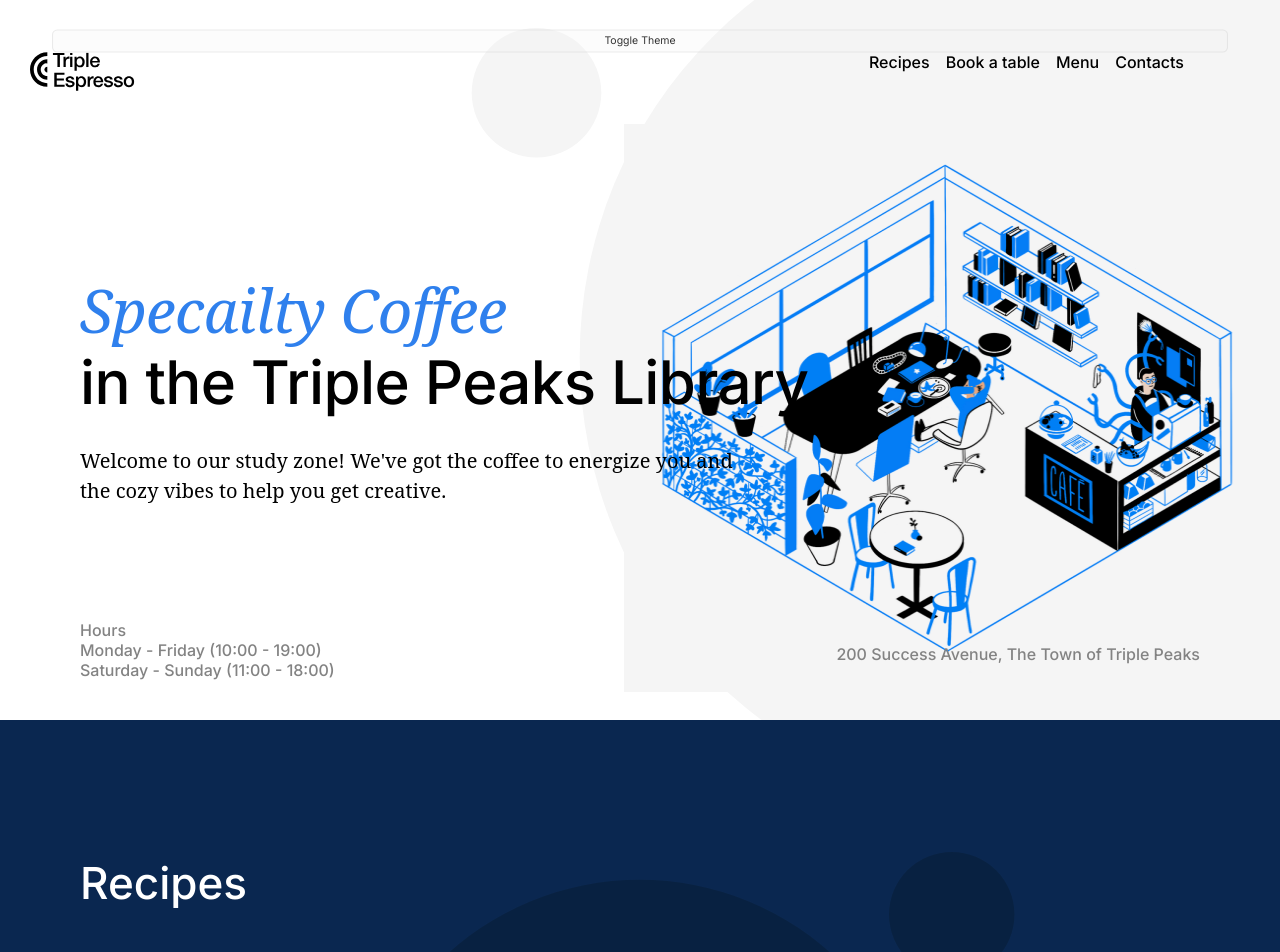
Repository: al-XLeMEsTRE/Coffee_Shop
Page: index.html
An editor plug-in stored every save of this project. The page is shown before and after the next save, followed by the edit.
The browser window is 1280 px wide. The pictures show the part of the page from y = 0 to 952 px (the page is 4383 px tall).

Above is the page before, as saved 2023-12-13 21:45:16.

### index.html
<!DOCTYPE html>
<html lang="en">
  <head>
    <meta charset="UTF-8" />
    <meta name="viewport" content="width=device-width, initial-scale=1" />
    <meta name="author" content="Gregory Alexandre" />
    <meta name="description" content="Coffee Shop" />
    <meta
      name="keywords"
      content="coffee, espresso, latte, cappuccino, beans, arabica, robusta, brew, cafe, barista, organic coffee, freshly brewed, coffeehouse, mocha, iced coffee, frappe, filter coffee, specialty coffee, local cafe"
    />
    <title>Coffee Shop</title>
    <link rel="shortcut icon" href="./favicon.ico" />
    <link rel="stylesheet" type="text/css" href="./pages/index.css" />
    <link rel="preconnect" href="https://fonts.googleapis.com" />
    <link rel="preconnect" href="https://fonts.gstatic.com" crossorigin />
    <link
      href="https://fonts.googleapis.com/css2?family=Inter:wght@400;500;700&family=Noto+Serif:ital,wght@0,400;1,400&display=swap"
      rel="stylesheet"
    />
  </head>
  <!-- Body -->
  <body>
    <div class="page">
      <!-- Header -->
      <header class="header">
        <button class="switch" id="theme-toggle" class="theme-toggle-button">
          Toggle Theme
        </button>

        <!-- Nav -->
        <nav class="nav">
          <img
            class="nav__logo"
            src="./images/logo_coffeeshop_dark.svg"
            alt="Coffee Shop logo"
          />
          <ul class="nav__links">
            <li><a class="nav__link" href="#recipes">Recipes</a></li>
            <li><a class="nav__link" href="#reservation">Book a table</a></li>
            <li><a class="nav__link" href="#menu">Menu</a></li>
            <li><a class="nav__link" href="#contacts">Contacts</a></li>
          </ul>
        </nav>
        <h1 class="header__title">
          <span class="header__span-accent"> Specailty Coffee </span> in the
          Triple Peaks Library
        </h1>
        <p class="header__description">
          Welcome to our study zone! We've got the coffee to energize you and
          the cozy vibes to help you get creative.
        </p>
        <img
          src="./images/inside_coffee_shop.png"
          alt="Illustration 'Inside coffe shop'"
          class="header__image"
        />
        <div class="header__footer">
          <div>
            <p class="header__heading">Hours</p>
            <ul class="header__link">
              <li class="header__paragraph">Monday - Friday (10:00 - 19:00)</li>
              <li class="header__paragraph">
                Saturday - Sunday (11:00 - 18:00)
              </li>
            </ul>
          </div>
          <div>
            <p class="header__paragraph">
              200 Success Avenue, The Town of Triple Peaks
            </p>
          </div>
        </div>
      </header>

      <!-- Main Section-->
      <main class="content">
        <!-- Recipes-->
        <section class="recipes" id="recipes">
          <h2 class="recipes__title">Recipes</h2>
          <p class="recipes__subtitle">
            Check out some recipes we've collected for <br />your home-brewing
            convenience:
          </p>
          <ul
            class="recipes__videos"
            style="padding-left: 0; margin-top: 0; margin-bottom: 0"
          >
            <li>
              <iframe
                class="recipes__iframe"
                src="https://www.youtube.com/embed/j6VlT_jUVPc"
                title="The Ultimate AeroPress Technique (Episode #3)"
                allow="accelerometer; autoplay; clipboard-write; encrypted-media; gyroscope; picture-in-picture; web-share"
                allowfullscreen
              ></iframe>
              <p class="recipes__video-caption">
                <span>Areopress recipe</span> ~5 min
              </p>
            </li>
            <li>
              <iframe
                class="recipes__iframe"
                src="https://www.youtube.com/embed/st571DYYTR8"
                title="The Ultimate French Press Technique"
                allow="accelerometer; autoplay; clipboard-write; encrypted-media; gyroscope; picture-in-picture; web-share"
                allowfullscreen
              ></iframe>
              <p class="recipes__video-caption">
                <span>French press recipe</span> ~15 min
              </p>
            </li>
          </ul>
        </section>
        <!--Reservation-->
        <section class="reservation" id="reservation">
          <h2 class="reservation__title">Book a table</h2>
          <form class="form reservation__form" action="#" method="POST">
            <label class="form__label" for="name"
              >Name *
              <input
                class="form__input"
                type="text"
                id="name"
                placeholder="Name Surname"
              />
            </label>
            <label class="form__label" for="guests"
              >Number of guests*
              <input
                class="form__input"
                type="number"
                id="guests"
                placeholder="1-8"
                min="1"
                max="8"
              />
            </label>
            <label class="form__label" for="date-time"
              >Date & time *
              <input class="form__input" type="date" id="date-time" />
            </label>
            <label class="form__label" for="email"
              >Your email *
              <input
                class="form__input"
                type="email"
                id="email"
                placeholder="email@email.com"
              />
            </label>
            <button class="form__button" type="submit">Book a table</button>
            <fieldset class="form__fieldset">
              <label class="form__label form__label_type_checkbox">
                <input class="form__checkbox" type="checkbox" id="terms" />
                I agree with the terms of use
              </label>
            </fieldset>
          </form>
        </section>

        <!--    Menu Section-->
        <section class="menu" id="menu">
          <h2 class="menu__title">Menu</h2>
          <p class="menu__subtitle">
            We bre coffee from rostead loccally and , Fairtrade certified beans
            and use biogradedable cups. All team from our collection are $2/cup
          </p>

          <ul class="menu__cards">
            <li class="card">
              <h3 class="card__title">Filter</h3>
              <ul class="card__list">
                <li class="card__list-item">
                  Regular (12oz)<span class="card__list-divider"></span>$1
                </li>
                <li class="card__list-item">
                  Large (16 oz)<span class="card__list-divider"></span>$1.25
                </li>
                <li class="card__list-item">
                  RXL (20 0z)<span class="card__list-divider"></span>$1.75
                </li>
                <li class="card__list-item">
                  Party-aize (24 oz, decaf)<span
                    class="card__list-divider"
                  ></span
                  >$1.75
                </li>
                <li class="card__list-item">
                  Iced Coffee (16 oz)<span class="card__list-divider"></span
                  >$1.25
                </li>
              </ul>
            </li>

            <li class="card">
              <h3 class="card__title">Expresso</h3>
              <ul class="card__list">
                <li class="card__list-item">
                  Macchiato<span class="card__list-divider"></span>$2.25
                </li>
                <li class="card__list-item">
                  Cortado<span class="card__list-divider"></span>$2.5
                </li>
                <li class="card__list-item">
                  Mocha<span class="card__list-divider"></span>$3
                </li>
                <li class="card__list-item">
                  Sunrise in the Bay Area (decaf)<span
                    class="card__list-divider"
                  ></span
                  >$10
                </li>
              </ul>
            </li>

            <li class="card">
              <h3 class="card__title">Backed Goods</h3>
              <ul class="card__list">
                <li class="card__list-item">
                  Almond Croissant<span class="card__list-divider"></span>$2
                </li>
                <li class="card__list-item">
                  Banana Bread<span class="card__list-divider"></span>$1.75
                </li>
                <li class="card__list-item">
                  Key Lime Pie<span class="card__list-divider"></span>$3
                </li>
                <li class="card__list-item">
                  Blue Velvet Cake<span class="card__list-divider"></span>$3.75
                </li>
                <li class="card__list-item">
                  Web Cookie<span class="card__list-divider"></span>$2
                </li>
                <li class="card__list-item">
                  Fresh Baguette<span class="card__list-divider"></span>$0.25
                </li>
              </ul>
            </li>
          </ul>
        </section>

        <!-- About Section -->
        <section class="about" id="about">
          <h2 class="about__title">About the coffee shop</h2>
          <div class="about__content">
            <p class="about__paragraph">
              Our coffee shop is located in the Triple Ten Library. It features
              6 tables and free Wifi.
            </p>
            <p class="about__paragraph">
              Our main mission is keeping guests cozy and energized.
            </p>
            <p class="about__paragraph">
              Besides that, we try to reduce our envionemental impact - so we
              don't sell single-use cups. But can buy one of our reusable cups!
            </p>
          </div>
          <div class="about__circle"></div>
          <div class="about__circle about__circle_animation_blurred"></div>
        </section>
      </main>

      <!-- Footer Section-->
      <footer class="footer" id="contacts">
        <div class="footer__contents">
          <img
            class="footer__logo"
            src="./images/logo_coffeeshop_light.svg"
            alt="footer logo"
          />

          <div class="footer__content-social">
            <h3 class="footer__content-heading">Social media</h3>

            <ul class="footer__list">
              <li class="footer__list-item">
                <a class="footer__content-link" href="#">
                  <img
                    class="footer__social-icon"
                    src="./images/facebook_white.svg"
                    alt="Facebook"
                  />Facebook</a
                >
              </li>

              <li class="footer__list-item">
                <a class="footer__content-link" href="#">
                  <img
                    class="footer__social-icon"
                    src="./images/instagram_white.svg"
                    alt="Instagram"
                  />
                  Instagram
                </a>
              </li>
            </ul>
          </div>
        </div>
        <p class="footer__copyright">© 2023 Gregory Alexandre</p>
      </footer>
    </div>
  </body>
</html>

### pages/index.css
/*  Style - @import */
@import url(../vendor/normalize.css);
@import url(../blocks/page.css);
@import url(../blocks/nav.css);
@import url(../blocks/header.css);
@import url(../blocks/recipes.css);
@import url(../blocks/reservation.css);
@import url(../blocks/form.css);
@import url(../blocks/menu.css);
@import url(../blocks/card.css);
@import url(../blocks/about.css);
@import url(../blocks/footer.css);

/* Light theme styles */
.light-theme {
    background-color: #fff;
    color: #000;
  }

  /* Dark theme styles */
  .dark-theme {
    background-color: #000;
    color: #fff;
  }

  @keyframes pulse {
    0% {
      transform: scale(1);
    }
    50% {
      transform: scale(1.05);
    }
    100% {
      transform: scale(1);
    }
  }

  #theme-toggle {
    padding: 5px 10px;
    font-size: 12px;
    border: 1px solid #cccccc5d;
    border-radius: 5px;
    cursor: pointer;
    background-color: #f0f0f03f;
    color: #333;
    animation: pulse 2s infinite;
    top: 50%; /* Center vertically */
    left: 50%; /* Center horizontally */
    transform: translate(-50%, -50%); /* Adjust the positioning to the exact center */

    /* Adjust the size of the button */
    padding: 4px 8px; /* Smaller padding */
    font-size: 10px; /* Smaller font size */
  }

  #theme-toggle:hover {
    background-color: #e0e0e0;
  }


  /* Add these styles to your existing CSS, adjusting the size as necessary */

### blocks/page.css
/* Page */

.page{
    max-width: 1600px;
    min-width: 1100px;
    font-size: 16px;
    line-height: 20px;
    font-family: "Inter", Arial, sans-serif;
    font-style: italic;
    margin: 0 auto;
    }

### blocks/nav.css

/* Nav */
.nav {
    display: flex;
    justify-content: space-between;
}

.nav__logo {
    position: relative;
   left: -50px;
    height: 39px;
    width: 105px;
}
.nav__links {
    display: flex;
    justify-content: space-between;
    list-style: none;
    margin: 0;
    padding: 0;
}

.nav__link {
    margin-right: 1rem;
}

.nav__link {
    font-size: 16px;
    font-family: "Inter";
    font-style: normal;
    line-height: 20px;
    text-decoration: none;
    font-weight: 500;
    color: #000000;
    transition: color 0.2s ease-in-out;
}

.nav__links a:hover {
    color: #2f80ed;
}

### blocks/header.css
/* Header*/

.header {
    z-index: 3;
    background-image: url(../images/background_header.svg);
    background-position: center;
   background-size: cover;
    position: relative;
    height: 100vh;
    display: flex;
    flex-direction: column;
    min-height: 720px;
    max-height: 800px;
    padding: 30px 80px 40px;
    box-sizing: border-box;
  }

.header__title {
    font-family: "Inter";
    font-style: normal;
    font-weight: 500;
    font-size: 60px;
    line-height: 72px;
    max-width: 729px;
    margin-top: 183px;
    letter-spacing: -0.6px;
    margin-bottom: 0px;
}
.header__span-accent {
    display: block;
    font-family: "Noto Serif";
    font-style: italic;
    font-weight: normal;
    font-size: 60px;
    line-height: 72px;
    color: #2f80ed;

}

.header__description {
    font-family: "Noto Serif";
    font-style: normal;
    font-weight: normal;
    max-width: 683px;
    font-size: 20px;
    line-height: 30px;
    margin-top: 28px;
    margin-bottom: 0%;
}

.header__image {
    z-index: -2;
    position: absolute;
    max-width: 636px;
    right: 20px;
    top: 124px;
    width: 646px;
    height: 568px;

}

.header__footer {
    display: flex;
    align-items: flex-end;
    justify-content: space-between;
    margin-top: auto;
    font-family: "Inter";
    font-style: normal;
    font-weight: 500;
    font-size: 16px;
    line-height: 20px;
    color: #838383
}


.header__paragraph{
    list-style: none;

}

.header__heading{
    margin-bottom: 0%;
}

.header__link{
    padding-left: 0px;
    margin-bottom: 0%;
    margin-top: 0%;
}

### blocks/recipes.css
/* Recipes */

.recipes {
  background-size: cover;
  background-image: url(../images/background_recipes.svg);
  background-position: center;
  font-style: normal;
  color: white;
  padding: 100px 80px 215px;
  box-sizing: border-box;
  background-color: #0a2750;
  display: flex;
  flex-direction: column;
}

.recipes__title {
  font-family: "Inter";
  font-style: normal;
  font-size: 44px;
  line-height: 52px;
  font-weight: 500;
  font-family: "Inter";
  font-style: normal;
  max-width: 580px;
}
.recipes__subtitle {
  font-family: "Noto Serif";
  margin-top: 24px;
  max-width: 438px;
  margin-bottom: 80px;
  font-size: 20px;
  line-height: 30px;
}
.recipes__videos {
  margin-top: 80px;
  display: flex;
  justify-content: center;
  gap: 40px;
  margin-top: 0;
  margin-bottom: 0;
  list-style-type: none;
}
.recipes__iframe {
  border: none;
  width: 480px;
  height: 273px;
}
.recipes__video-caption {
  display: flex;
  justify-content: space-between;
  font-family: "Inter";
  font-style: normal;
  font-weight: 500;
  font-size: 20px;
  line-height: 30px;
}

### blocks/reservation.css
/* Reservation Section */

.reservation {
    background-size: cover;
    background-position: center;
    background-color: #D9E7FF;
    background-image: url(../images/background_reservation.svg);
}

.reservation__title {
font-family: Inter;
font-style: normal;
font-weight: 500;
font-size: 44px;
line-height: 52px;
text-align: center;
margin-bottom: 80px;
padding-top: 100px;
margin-top: 0px;
}

### blocks/form.css
/* Form */

.form {
    max-width: 385px;
    margin: 0 auto;
    padding-bottom: 120px;
}

.form__label {
    display: block;
    margin-bottom: 20px;
    font-family: Inter;
    font-style: normal;
    font-weight: 500;
    font-size: 16px;
    line-height: 20px;

}

.form__input {
    box-sizing: border-box;
    width: 100%;
    padding: 10px;
    border: 1px solid #838383;
    border-radius: 4px;
    font-family: 'Inter', sans-serif;
    font-size: 20px;
    line-height: 30px;
    color: #838383;
}

.form__input[type="number"],
.form__input[type="date"],
.form__input[type="email"] {
    /* Inputs retain the same styles */
}

.form__button {
    display: block;
    width: 100%;
    height: 60px;
    padding: 10px;
    background-color: #2f80ed;
    color: #fff;
    border: none;
    border-radius: 5px;
    cursor: pointer;
    margin-top: 32px; /* Added margin to separate from previous elements */
}

.form__button:hover {
    background-color: #0077b3;
}

/* Checkbox Group */

.form__fieldset {
    margin-top: 32px;
    border: none; /* Removes the default border of fieldset */
    padding: 0; /* Removes default padding */
}

.form__label_type_checkbox {
    display: flex;
    justify-content: center;
    font-family: Inter;
    font-style: normal;
    font-weight: 500;
    font-size: 16px;
    line-height: 20px;

}

.form__checkbox {
    margin-right: 12px; /* Space between checkbox and label text */
    width: 20px;
    height: 20px;
}

### blocks/menu.css

/* Menu */

.menu{
background-image: url(../images/background_menu.svg);
background-position: center;
 padding: 100px 0 100px;
}

.menu__title{
text-align: center;
margin:0 0 24px;
max-width: 780px;
font-style: normal;
font-weight: 500;
font-size: 44px;
line-height: 52px
}
.menu__subtitle{
text-align: center;
margin:0 0 100px;
max-width: 780px;
font-family: "Noto Serif";
font-style: normal;
font-weight: normal;
font-size: 20px;
line-height: 30px;

}

.menu__title, .menu__subtitle {
    margin-left: auto;
    margin-right: auto;
    font-family: "Inter";
}


.menu__cards{
list-style-type: none;
display: flex;
flex-wrap: wrap;
justify-content: center;
gap: 100px;
margin: 0%;
padding: 0%;
}

### blocks/card.css
.card{
    width: 540px;
    }

    .card__list{
        margin: 0%;
        padding: 0%;
        list-style-type: none;
        display: flex;
        flex-direction: column;
        gap: 16px;
    }

    .card__title {
    margin: 0 0 32px;
    font-family: "Inter";
    font-style: normal;
    font-weight: bold;
    font-size: 20px;
    line-height: 30px;
    }

    .card__list-item{
        display: flex;
        font-family: "Noto Serif";
    font-style: normal;
    font-weight: normal;
    font-size: 16px;
    line-height: 20px;


    }

    .card__list-divider{
    border-bottom: 1px solid black;
    flex-grow: 1;
    }

### blocks/about.css
/* Keyframes for the pulsate animation */
@keyframes pulsate {
  0% {
    opacity: 0;  /* Start of the animation, circle is invisible */
  }
  50% {
    opacity: 0.6; /* Middle stage, opacity is 0.6 */
  }
  100% {
    opacity: 0;  /* End of the animation, circle is invisible */
    transform: scale(1.5); /* Scale the circle, adjust value as needed */
  }
}


.about {
    padding: 100px 80px 173px;
    background-color:#0A2850;
    color: #fff;
    overflow: hidden;
    position: relative;
    box-sizing: border-box;
    display: flex;
    justify-content: space-between;
  }

  .about__title {
    font-family: "Inter", Arial, sans-serif;
    font-style: normal;
    font-weight: 500;
    font-size: 44px;
    line-height: 52px;
    margin: 0;
    max-width: 251px;
    z-index: 2;
  }

  .about__content {
    margin-top: 19px;
    font-size: 20px;
    line-height: 30px;
    font-weight: 400;
    max-width: 660px;
    z-index: 2;
  }

  .about__circle {
    position: absolute;
    left: -129px;
    top: -151px;
    background-color: #2f80ed;
    width: 426px;
    height: 426px;
    border-radius: 50%;
    z-index: 1;
  }


/* Modifier for the animated circle */
.about__circle_animation_blurred {
  animation: pulsate 1.3s ease-in-out infinite; /* Apply the animation */
}

  .about__paragraph {
    font-family: "Noto Serif", "Times New Roman", serif;
    font-style: normal;
    font-weight: normal;
    font-size: 20px;
    line-height: 30px;
    margin: 0 0 20px;
  }

  .about__paragraph:last-child {
    margin-bottom: 0px;
  }

### blocks/footer.css
/* Footer */

.footer {
  box-sizing: border-box;
  background: linear-gradient(180deg, #0a2850 0%, #071931 100%);
  padding: 60px 80px; /* Top and bottom padding 60px, left and right padding 80px */
}

.footer__contents {
  position: relative;
  display: flex;
  justify-content: space-between;
}

.footer__content-social {
  display: flex;
  flex-direction: column;
}

.footer__logo {
  margin-left: 0px;
  width: 105px;
  height: 39px;
}

.footer__list {
  font-family: "Inter";
  font-style: normal;
  font-weight: normal;
  font-size: 16px;
  line-height: 20px;
  list-style-type: none;
  padding: 0;
  margin: 0;
  color: #fff;
}

.footer__list-item {
  margin-bottom: 16px;
}

.footer__list-item:last-child {
  margin-bottom: 0;
}

.footer__content-heading {
  color: #fff;
  font-family: "Inter";
  font-style: normal;
  font-weight: bold;
  font-size: 16px;
  line-height: 20px;
  margin-top: 0%;
}

.footer__content-link {
  color: white;
  font-size: 16px;
  line-height: 20px;
  text-decoration: none;
}
.footer__content-link:hover {
  color: #c1c1c1;
}

.footer__social-icon {
  width: 16px;
  height: 16px;
  padding-right: 10px;
}
.footer__list-item:last-child {
  margin-bottom: 0;
}

.footer__copyright {
  font-family: "Inter";
  font-style: normal;
  font-weight: normal;
  font-size: 16px;
  line-height: 20px;
  margin-top: 108px;
  margin-bottom: 0;
  color: white;
  animation: bounce 1s infinite;
}

@keyframes bounce {
  0% {
    transform: translateY(0);
  }
  50% {
    transform: translateY(-10px);
  }
  100% {
    transform: translateY(0);
  }
}

Loaded but not shown: vendor/normalize.css (library)

After the next save:
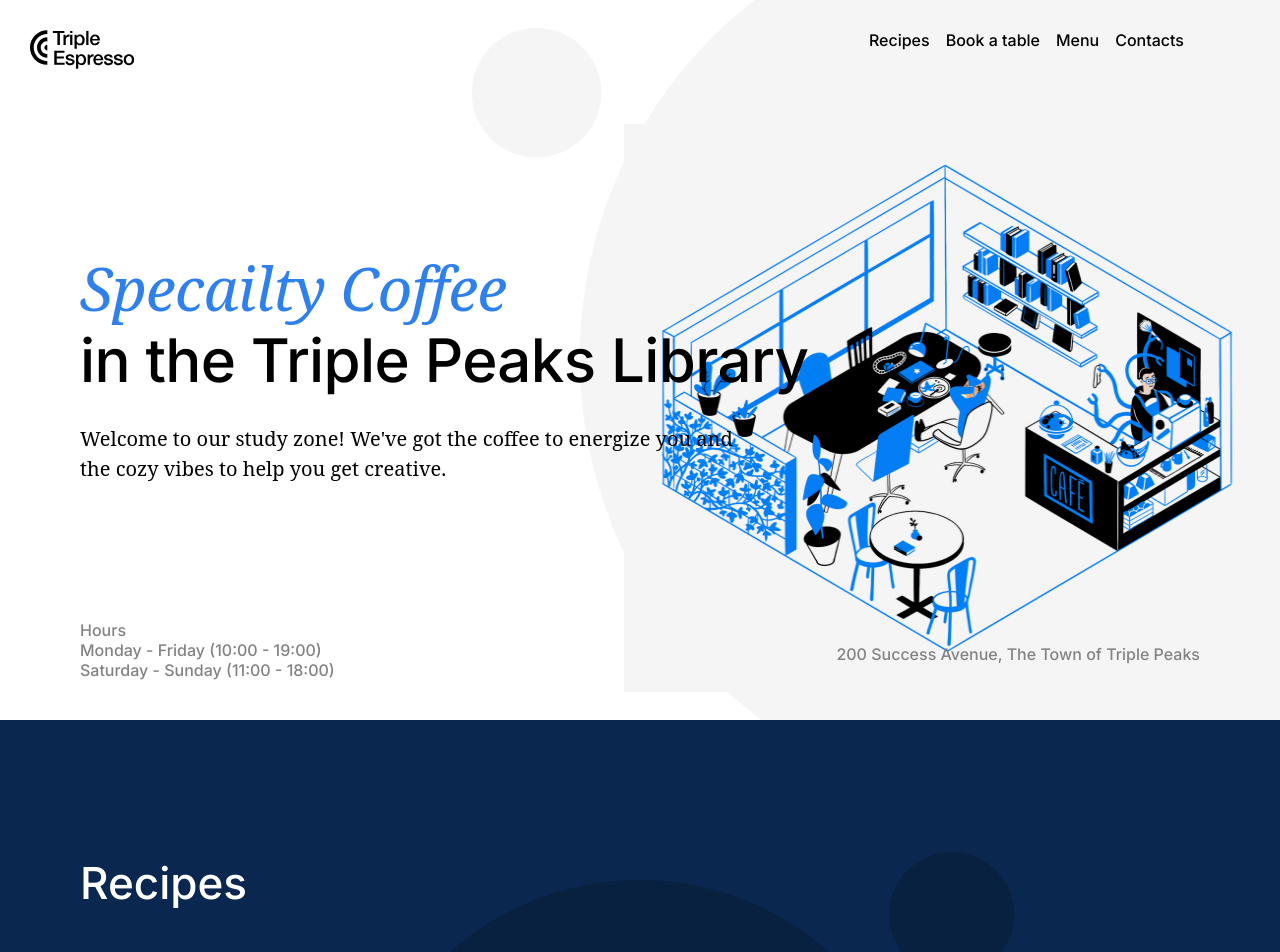
Saved 21 s later.
--- a/index.html
+++ b/index.html
@@ -24,10 +24,6 @@
     <div class="page">
       <!-- Header -->
       <header class="header">
-        <button class="switch" id="theme-toggle" class="theme-toggle-button">
-          Toggle Theme
-        </button>
-
         <!-- Nav -->
         <nav class="nav">
           <img
